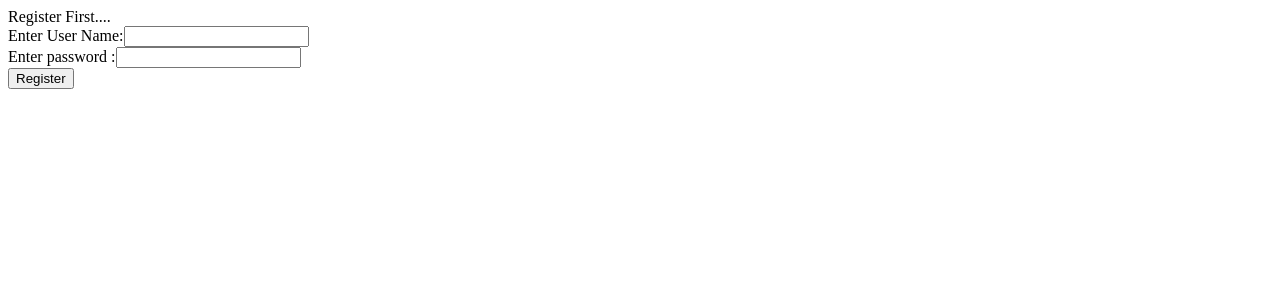
Repository: mugdha97/JSPServlet
Page: http://localhost/com.bridgelabz.loginRegister/Registration.jsp
An editor plug-in stored every save of this project. The page is shown before and after the next save, followed by the edit.
The browser window is 1280 px wide. The pictures show the whole page.
The page is served by Tomcat 9. Other server files are loaded and not shown.

Above is the page before, as saved 2019-10-18 13:43:15.

### com.bridgelabz.loginRegister/WebContent/Registration.jsp
<%@ page language="java" contentType="text/html; charset=UTF-8"
    pageEncoding="UTF-8"%>
<!DOCTYPE html>
<html>
<head>
<meta charset="UTF-8">
<title>Insert title here</title>
</head>
<body>
Register First....
<form action="Register" method="post">
Enter User Name:<input type="text" name="uname"><br>
Enter password :<input type="password" name="password"><br>
<input type="submit" value="Register">
</form>
</body>
</html>

After the next save:
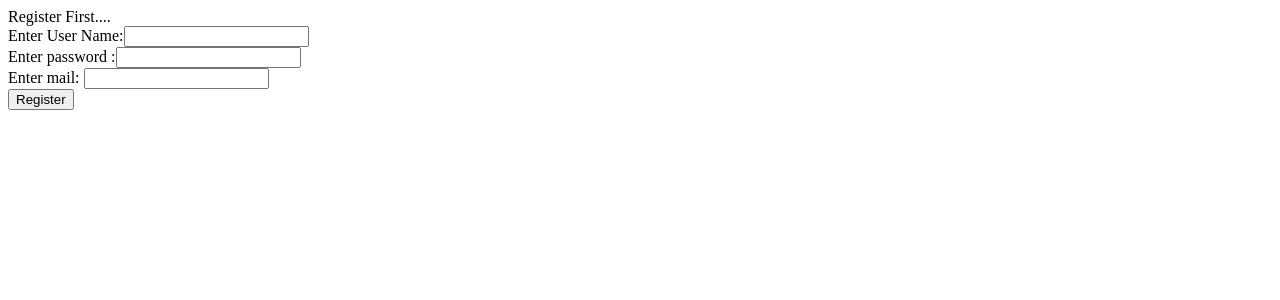
Saved 36 s later.
--- a/com.bridgelabz.loginRegister/WebContent/Registration.jsp
+++ b/com.bridgelabz.loginRegister/WebContent/Registration.jsp
@@ -11,6 +11,7 @@
 <form action="Register" method="post">
 Enter User Name:<input type="text" name="uname"><br>
 Enter password :<input type="password" name="password"><br>
+Enter mail: <input type="text" name="mail"><br>
 <input type="submit" value="Register">
 </form>
 </body>
